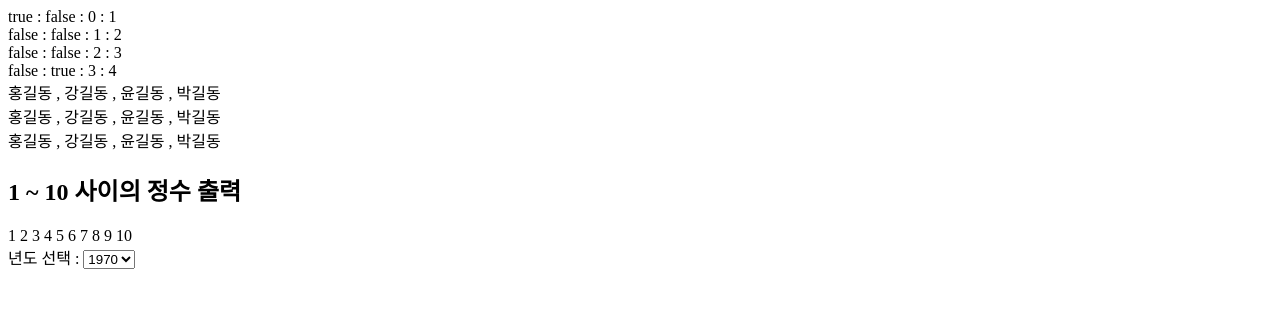
Repository: cdj6995/Web
Page: http://localhost/Lecture-Web/jsp/jstl/core/exam05.jsp
The author's editor kept a copy of each file at every save. The page is drawn from the files as they stood at one save, then again after a run of saves.
The browser window is 1280 px wide. The pictures show the whole page.
The page is served by Tomcat 9.

Above is the page before, as saved 2022-06-07 07:55:37.

After the next 2 saves:
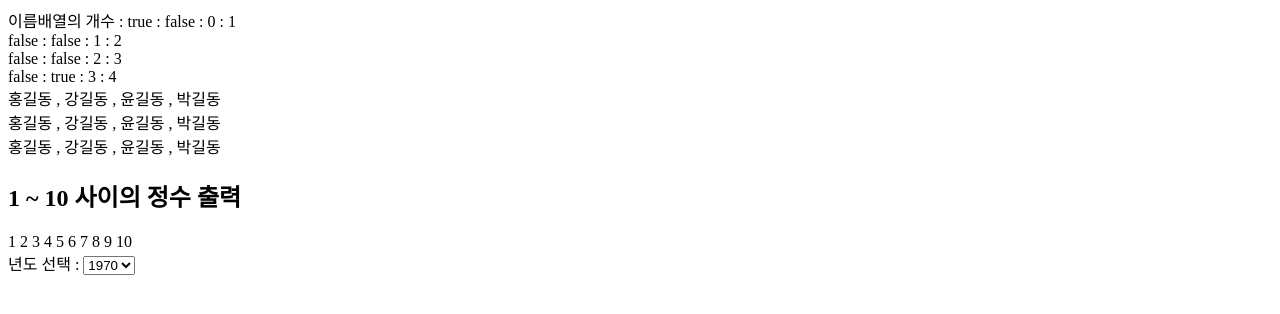
The 2 saves are shown as one change because they came seconds apart.
The last was saved 34 s later.
--- a/Lecture-Web/src/main/webapp/jsp/jstl/core/exam05.jsp
+++ b/Lecture-Web/src/main/webapp/jsp/jstl/core/exam05.jsp
@@ -16,6 +16,8 @@
 <title>Insert title here</title>
 </head>
 <body>
+	이름배열의 개수 : ${ fn.length(names) }
+
 	<c:forEach var="name" items="${ names }" varStatus="loop">
 		${ loop.first } : ${ loop.last } : ${ loop.index } : ${ loop.count }<br>
 	</c:forEach>
